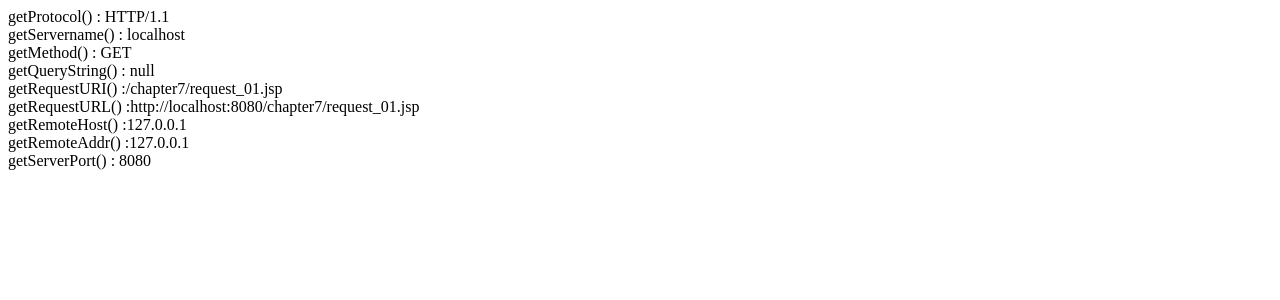
Repository: binkalos/JSP-STUDY
Page: http://localhost/chapter7/request_01.jsp
An editor plug-in stored every save of this project. The page is shown before and after the next save, followed by the edit.
The browser window is 1280 px wide. The pictures show the whole page.
The page is served by Tomcat 9.

Above is the page before, as saved 2019-06-14 02:42:38.

### chapter7/WebContent/request_01.jsp
<%@ page language="java" contentType="text/html; charset=UTF-8"
    pageEncoding="UTF-8"%>
<!DOCTYPE html>
<html>
<head>
<meta charset="UTF-8">
<title>Insert title here</title>
</head>
<body>
getProtocol() : <%= request.getProtocol() %><br>
getServername() : <%= request.getServerName() %><br>
getMethod() : <%= request.getMethod() %><br>
getQueryString() : <%= request.getQueryString() %><br> <!-- 요즘 사용하지 않음 -->
getRequestURI() :<%= request.getRequestURI() %><br>
getRequestURL() :<%= request.getRequestURL() %><br><!-- 전체 주소 다 나옴 -->
getRemoteHost() :<%= request.getRemoteHost() %><br>
getRemoteAddr() :<%= request.getRemoteAddr() %><br>
getServerPort() : <%= request.getServerPort() %><br>
</body>
</html>

After the next save:
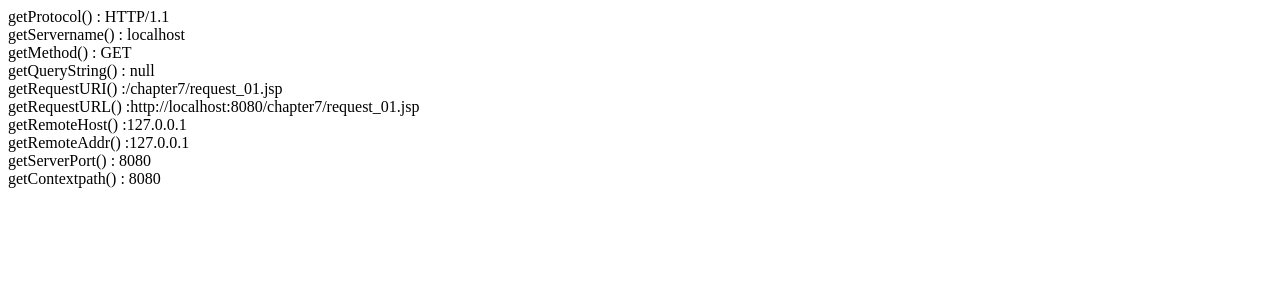
Saved 14 s later.
--- a/chapter7/WebContent/request_01.jsp
+++ b/chapter7/WebContent/request_01.jsp
@@ -16,5 +16,6 @@ getRequestURL() :<%= request.getRequestURL() %><br><!-- 전체 주소 다 나옴
 getRemoteHost() :<%= request.getRemoteHost() %><br>
 getRemoteAddr() :<%= request.getRemoteAddr() %><br>
 getServerPort() : <%= request.getServerPort() %><br>
+getContextpath() : <%= request.getServerPort() %><br>
 </body>
 </html>
